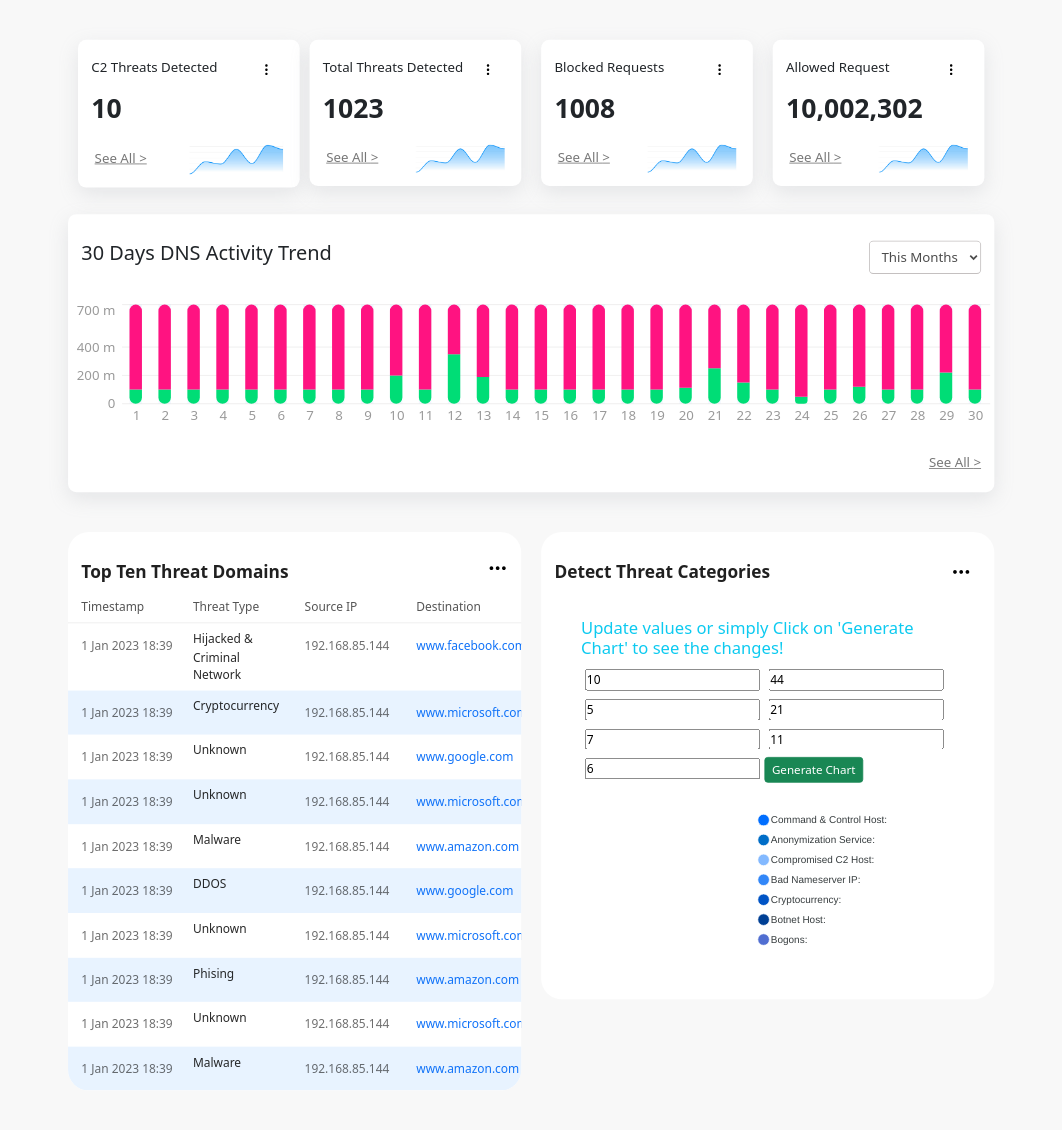
Repository: badhon252/dashboard
Page: /
An editor plug-in stored every save of this project. The page is shown before and after a run of saves, followed by the edit.
The browser window is 1280 px wide. The pictures show the whole page, at 83% of full size.
The project was rebuilt for these pictures with package versions that can differ from the ones it lists, and the page was loaded fresh each time. Also part of the build but not shown: vite.config.js.

Above is the page before, as saved 2023-01-30 03:07:10.

After the next 2 saves:
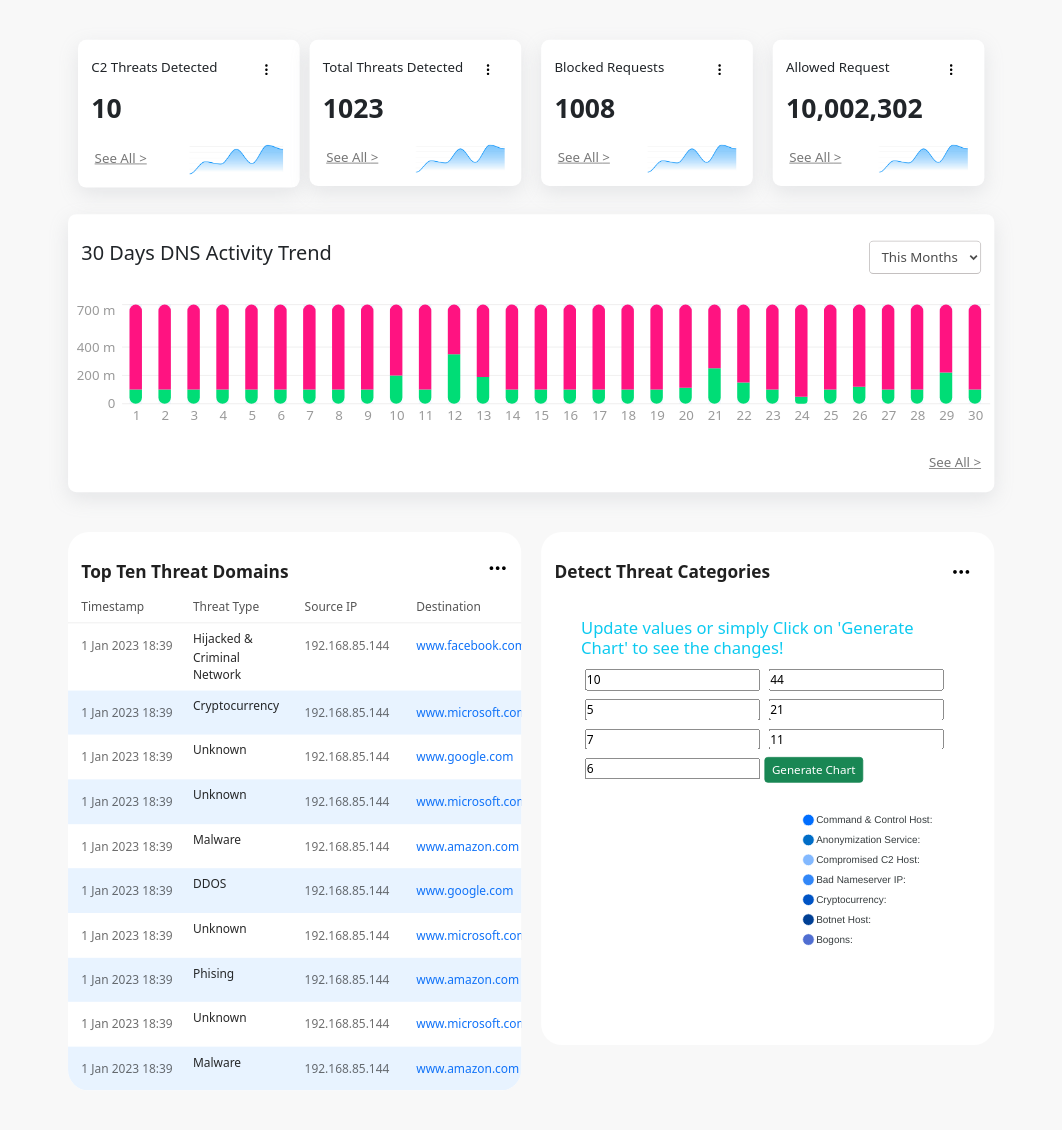
The 2 saves are shown as one change because they came seconds apart.
The last was saved 13 s later.
--- a/src/Components/Analysis/Graph/Graph.jsx
+++ b/src/Components/Analysis/Graph/Graph.jsx
@@ -145,7 +145,7 @@ function Graph() {
           options={chartOptions}
           series={chartOptions.series}
           type="donut"
-          width="80%"
+          width="90%"
         />
       </div>
     </div>
